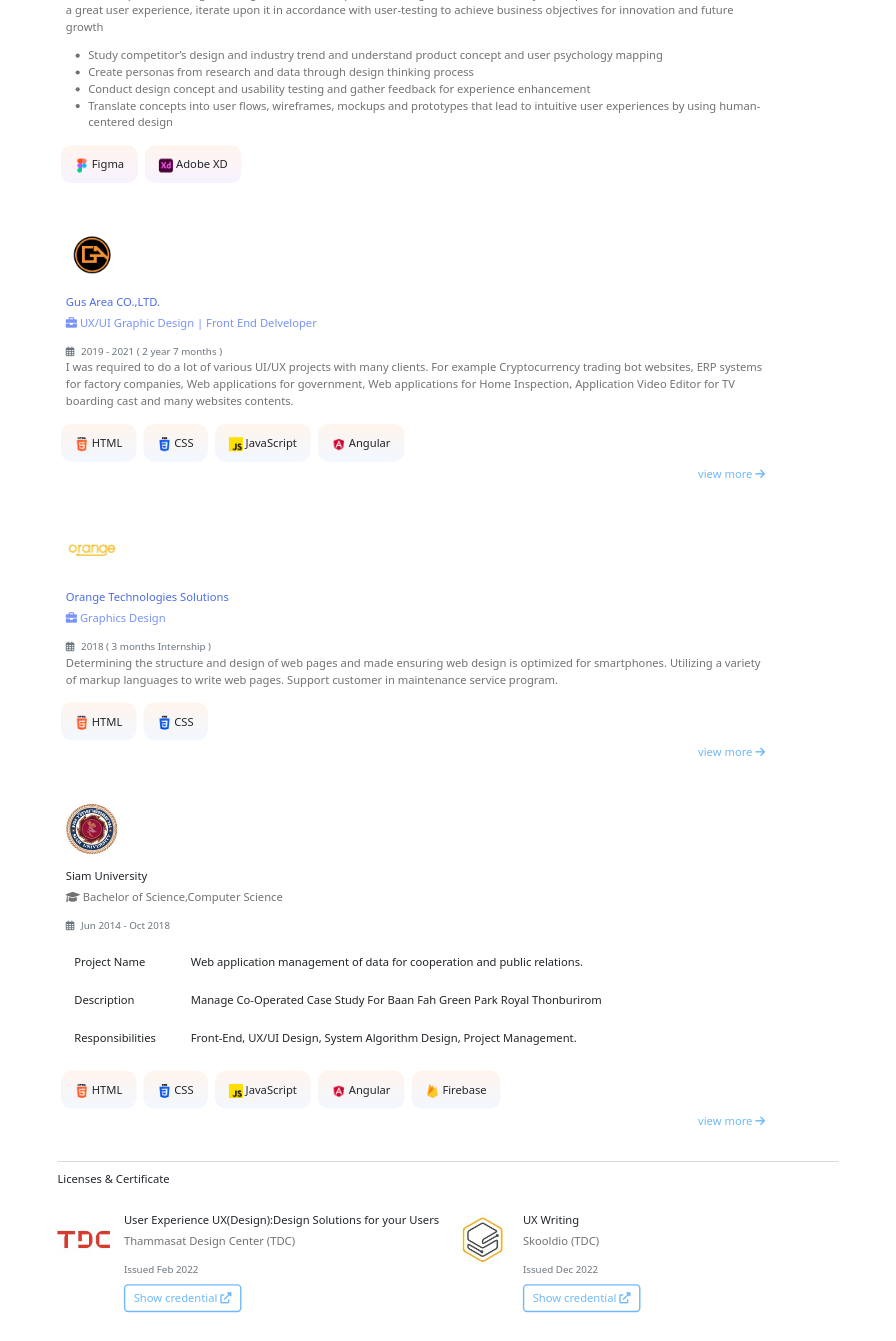
Repository: 0910th/portfolio
Page: index.html
The author's editor kept a copy of each file at every save. The page is drawn from the files as they stood at one save, then again after the next save.
The browser window is 1280 px wide. The pictures show the part of the page from y = 1101 to 3021 px (the page is 3016 px tall before and 3021 px after), at 70% of full size.

Above is the page before, as saved 2022-12-23 17:04:53.

### index.html
<!doctype html>
<html lang="en">

<head>
    <meta charset="utf-8">
    <meta name="viewport" content="width=device-width, initial-scale=1">
    <title>Saranya Portfolio</title>

    <link href="./css/bootstrap.min.css" rel="stylesheet" crossorigin="anonymous">
    <link href="./css/mystyle.css" rel="stylesheet" crossorigin="anonymous">
    <!--font awesome -->
    <link rel="stylesheet" href="./fontawesome/css/all.css" type="text/css">
    <link rel="stylesheet" href="./fontawesome/css/fontawesome.css">
    <link rel="stylesheet" href="./fontawesome/css/brands.css">
    <link rel="stylesheet" href="./fontawesome/css/solid.css">
</head>

<body>

    <div class="container-md">
        <!-- Content here -->
        <!-- section01 Name  -->
        <div class="row mg-30">
            <h4 class="purple-deep">Saranya Kemayura</h4>
            <p class="purple-light">User Experience Designer | Front End Developer</p>
            <p ><i class="fa-solid fa-location-dot"></i> Bangkok , Thailand </p>
        </div>
        <hr>
        <div class="row mg-30 bg-gradient-head">

            <h5 class="purple-deep">About</h5>
            <p class="purple-trans">design user experience towards innovation that meet user’s needs and solve problems with good methodology of
                research,
                design, prototyping, and testing as well as to the next level of service & experience</p>
        </div>
        <hr>
        <div class="row mg-30">
            <h5 class="purple-deep">Skills</h5>
            <div class="row justify-content-center">
                <div class="badge-text code">HTML</div>
                <div class="badge-text code">JavaScript</div>
                <div class="badge-text code">CSS</div>
                <div class="badge-text code">Angular</div>
                <div class="badge-text design">Figma</div>
                <div class="badge-text design">Adobe XD</div>
            </div>


            <div class="row">
                <div class="row justify-content-center">
                    <div class="col-md-4 col-sm-6 col-sx-12 card-skills">
                        <img class="card-icon" src="/images/user-interface.png">
                        Experience in using UX design best practices to design solutions, and a deep understanding of mobile-first and
                        responsive design
                    </div>
                    <div class="col-md-4 col-sm-6 col-sx-12 card-skills">
                        <img class="card-icon" src="/images/user-interface-research.png">
                        Experience in human-centered design (HCD), planning and conducting user research, usability and accessibility concerns
                    </div>
                </div>
            </div>

        </div>
        <hr>
        <div class="row">

            <h5 class="purple-deep">Experience</h5>
            <div class="row mg-30 vertical-line">
                <div class="col">
                    <img class="office-logo" src="/images/cignalogo.png">
                </div>
                <div class="col-11">
                    <h6 class="purple-light"> Cigna Insuarance Thailand </h6>
                    <p class="purple-trans"><i class="fa-solid fa-briefcase"></i> User Experience Designer </p>
                    <small class="text-muted"> <i class="fa-regular fa-calendar-days"></i> 2021 - Present </small>

                    <p > The User Experience Designer at Cigna Thailand is expected to design overall functionality of the product & service in
                    order to ensure a great user experience, iterate upon it in accordance with user-testing to achieve business objectives
                    for innovation and future growth </p>
                        <ul>
                            <li>Study competitor’s design and industry trend and understand product concept and user psychology mapping</li>
                            <li>Create personas from research and data through design thinking process</li>
                            <li>Conduct design concept and usability testing and gather feedback for experience enhancement</li>
                            <li>Translate concepts into user flows, wireframes, mockups and prototypes that lead to intuitive user experiences by
                            using human-centered design</li>
                        </ul>
                        <div class="row">
                            <div class="badge-text design"><img src="/images/figma.png" class="icon-logo"> Figma </div>
                            <div class="badge-text design"><img src="/images/xd.png" class="icon-logo"> Adobe XD </div>

                        </div>
                </div>

            </div>
            <div class="row mg-30 vertical-line">
                <div class="col">
                    <img class="office-logo" src="/images/guslogo.png">
                </div>
                <div class="col-11">
                    <h6 class="purple-light"> Gus Area CO.,LTD.   </h6>
                    <p class="purple-trans"> <i class="fa-solid fa-briefcase"></i> UX/UI Graphic Design | Front End Delveloper </p>
                    <small class="text-muted"> <i class="fa-regular fa-calendar-days"></i> 2019 - 2021 ( 2 year 7 months ) </small>

                    <p> I was required to do a lot of various UI/UX projects with many clients. For example Cryptocurrency trading bot websites,
                    ERP systems for factory companies, Web applications for government, Web applications for Home Inspection, Application
                    Video Editor for TV boarding cast and many websites contents.  </p>
                    <div class="row">
                        <div class="badge-text code"><img src="/images/html-5.png" class="icon-logo"> HTML </div>
                        <div class="badge-text code"><img src="/images/css-3.png" class="icon-logo"> CSS </div>
                        <div class="badge-text code"><img src="/images/js.png" class="icon-logo"> JavaScript </div>
                        <div class="badge-text code"><img src="/images/angular.png" class="icon-logo"> Angular </div>
                    </div>
                    <div class="align-end">
                        <a href="https://drive.google.com/file/d/1GT6gE9DtqS3qcQ0BoRsfJf4KunN4CFvU/view?usp=share_link" target="_blank"> view
                            more <i class="fa-sharp fa-solid fa-arrow-right"></i> </a>
                    </div>

                </div>

            </div>
            <div class="row mg-30 vertical-line">
                <div class="col">
                    <img class="office-logo" src="/images/orangelogo.jpg">
                </div>
                <div class="col-11">
                    <h6 class="purple-light"> Orange Technologies Solutions   </h6>
                    <p class="purple-trans"> <i class="fa-solid fa-briefcase"></i> Graphics Design </p>
                    <small class="text-muted"> <i class="fa-regular fa-calendar-days"></i> 2018 ( 3 months Internship ) </small>

                    <p> Determining the structure and design of web pages and made
                        ensuring web design is optimized for smartphones. Utilizing a variety of
                        markup languages to write web pages. Support customer in maintenance
                        service program. </p>
                    <div class="row">
                        <div class="badge-text code"><img src="/images/html-5.png" class="icon-logo"> HTML </div>
                        <div class="badge-text code"><img src="/images/css-3.png" class="icon-logo"> CSS </div>
                    </div>
                    <div class="align-end">
                        <a href="https://drive.google.com/file/d/1MODC7KRE6SoKk1lN0rvdMFdlt3xqDC_x/view?usp=sharing" target="_blank"> view
                            more <i class="fa-sharp fa-solid fa-arrow-right"></i> </a>
                    </div>
                </div>

            </div>
            <div class="row mg-30 vertical-line">
                <div class="col">
                    <img class="office-logo" src="/images/siamlogo.jpg">
                </div>
                <div class="col-11">
                    <h6> Siam University </h6>
                    <p> <i class="fa-solid fa-graduation-cap"></i> Bachelor of Science,Computer Science </p>
                    <small class="text-muted"> <i class="fa-regular fa-calendar-days"></i> Jun 2014 - Oct 2018 </small>

                    <div class="row mg-30">
                        <div class="col-md-2"> Project Name </div>
                        <div class="col-md-10"> Web application management of data for cooperation and public
                        relations. </div>
                    </div>
                    <div class="row mg-30">
                        <div class="col-md-2"> Description </div>
                        <div class="col-md-10"> Manage Co-Operated Case Study For Baan Fah Green Park Royal
                            Thonburirom </div>
                    </div>
                    <div class="row mg-30">
                        <div class="col-md-2"> Responsibilities </div>
                        <div class="col-md-10"> Front-End, UX/UI Design, System Algorithm Design, Project Management. </div>
                    </div>
                    <div class="row">
                        <div class="row">
                            <div class="badge-text code"><img src="/images/html-5.png" class="icon-logo"> HTML </div>
                            <div class="badge-text code"><img src="/images/css-3.png" class="icon-logo"> CSS </div>
                            <div class="badge-text code"><img src="/images/js.png" class="icon-logo"> JavaScript </div>
                            <div class="badge-text code"><img src="/images/angular.png" class="icon-logo"> Angular </div>
                            <div class="badge-text code"><img src="/images/firebaselogo.png" class="icon-logo"> Firebase </div>

                        </div>
                    </div>
                    <div class="align-end">
                        <a href="https://drive.google.com/file/d/1-WiQ9sEVFjpiMQZhy3hezphQuEG-YV4b/view?usp=sharing" target="_blank"> view more <i class="fa-sharp fa-solid fa-arrow-right"></i> </a>
                    </div>
                </div>

            </div>
        </div>
        <hr>
        <h6>Licenses & Certificate</h6>
        <div class="row">


                <div class="col-md-6 mg-30">
                    <div class="row">
                        <div class="col-md-2">
                            <img class="office-logo" src="/images/tdclogo.jpg">
                        </div>
                        <div class="col-md-10">
                            <h6>User Experience UX(Design):Design Solutions for your Users</h6>
                            <p>Thammasat Design Center (TDC)</p>
                            <small class="text-muted"> Issued Feb 2022 </small>
                            <div class="">
                                <a class="btn btn-outline-primary"
                                    href="https://drive.google.com/file/d/1K9nLmPM9IpYpREJaLTQpupgg0pyApNxf/view?usp=sharing" target="_blank">Show
                                    credential <i class="fa-solid fa-up-right-from-square"></i> </a>
                            </div>
                        </div>
                    </div>

                </div>
                <div class="col-md-6 mg-30">
                    <div class="row">
                        <div class="col-md-2">
                            <img class="office-logo" src="/images/skooldiologo.jpg">
                        </div>
                        <div class="col-md-10">
                            <h6>UX Writing</h6>
                            <p>Skooldio (TDC)</p>
                            <small class="text-muted"> Issued Dec 2022 </small>
                            <div class="">
                                <a class="btn btn-outline-primary" href="https://drive.google.com/file/d/1BEAHY4evkZaUVi4WXsF9LlQV7Dov4a3x/view?usp=sharing" target="_blank">Show credential <i class="fa-solid fa-up-right-from-square"></i> </a>
                            </div>
                        </div>
                    </div>

                </div>

        </div>

    </div>

    <!-- script -->
    <script src="https://cdn.jsdelivr.net/npm/@popperjs/core@2.11.6/dist/umd/popper.min.js"
        integrity="sha384-oBqDVmMz9ATKxIep9tiCxS/Z9fNfEXiDAYTujMAeBAsjFuCZSmKbSSUnQlmh/jp3"
        crossorigin="anonymous"></script>
    <script src="https://cdn.jsdelivr.net/npm/bootstrap@5.2.3/dist/js/bootstrap.min.js"
        integrity="sha384-cuYeSxntonz0PPNlHhBs68uyIAVpIIOZZ5JqeqvYYIcEL727kskC66kF92t6Xl2V"
        crossorigin="anonymous"></script>
</body>

</html>

### css/mystyle.css
/*
body {
   background-color:  #f2f6ff;
} */
p , small , ul > li {
    color: #727272;
}
.text-right {
    text-align: right;
}
.mg-30 {
    margin: 30px 0px;
}
.purple-deep {
    color: #2626bc;
}
.purple-light {
    color: #4d6ce9;
}
.purple-trans {
    color:#7993f7;
}
.badge-text {
    padding: 15px 20px;
    margin: 5px 5px;
    text-align: justify;
    vertical-align: middle;
    width: max-content;
    border-radius: 15px;

}
.badge-text.code {
    background-color: #f0f8ff;
    background: linear-gradient(180deg,rgba(255,153,80,.1),rgba(129, 177, 255, 0.1));
}
.badge-text.design {
    background-color: #fff3b7;
    background: linear-gradient(180deg,rgba(255,153,80,.1),rgba(184,129,255,.1));

}
.card-skills{
    color: #6583fe;
    background: #fefefe;
    border-radius: 16px;
    border: 2px solid #ebebeb;
    padding: 50px 35px;
    margin: 30px;
    box-shadow: 0 10px 30px rgba(184,129,255,.1);
}
.card-icon {
    text-align: center;
    display: block;
    width: 80px;
    height: auto;
    margin-left: auto;
    margin-right: auto;
    margin-bottom: 20px;
}
.icon-logo {
    max-width: 20px;
    height: auto;
}
.office-logo {
    max-width: 75px;
    margin-bottom: 20px;
}
.align-end {
    text-align: right;
}
.align-end a {
    text-decoration: none;
    color: #6fb9fa;
}
.align-end a:hover {
    color:#54adfa;
}
small > i {
    margin-right: 6px;
}
a.btn.btn-outline-primary {
    margin: 10px 0;
    color:  #6fb9fa;
    border: 2px solid #6fb9fa;

}
a.btn.btn-outline-primary:hover {
    color:  #ffffff;
    border-color: #54adfa;
    background-color:  #54adfa;
}
@media (max-width:450px) {
    .vertical-line {
        border-left: 2px solid #e3e3e3;
        margin-left: 15px;
    }
}

Loaded but not shown: css/bootstrap.min.css (library); fontawesome/css/all.css (library); fontawesome/css/fontawesome.css (library); fontawesome/css/solid.css (common file); fontawesome/css/brands.css (1432 lines, source omitted)

After the next save:
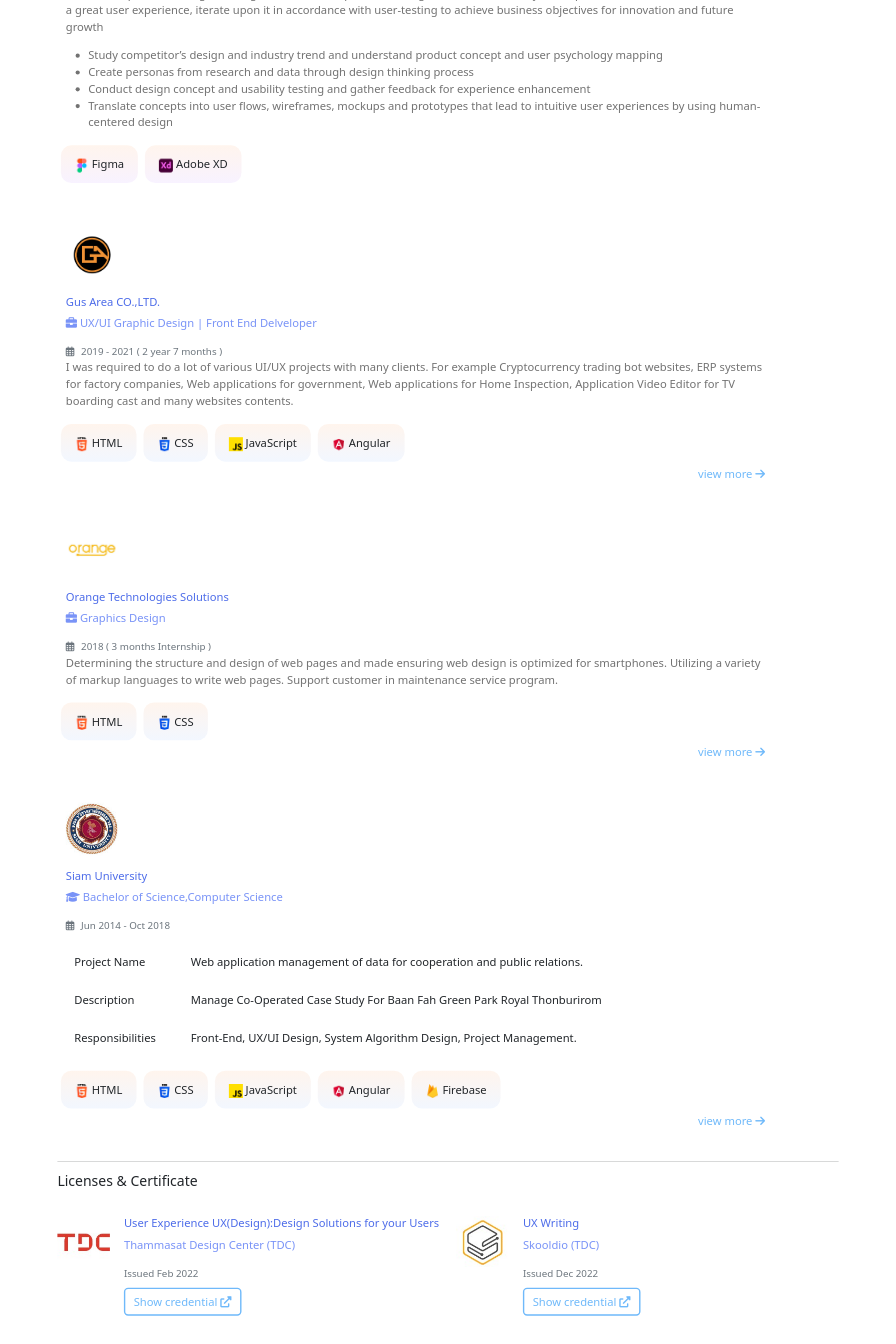
Saved 86 s later.
--- a/index.html
+++ b/index.html
@@ -147,8 +147,8 @@
                     <img class="office-logo" src="/images/siamlogo.jpg">
                 </div>
                 <div class="col-11">
-                    <h6> Siam University </h6>
-                    <p> <i class="fa-solid fa-graduation-cap"></i> Bachelor of Science,Computer Science </p>
+                    <h6 class="purple-light"> Siam University </h6>
+                    <p class="purple-trans"> <i class="fa-solid fa-graduation-cap"></i> Bachelor of Science,Computer Science </p>
                     <small class="text-muted"> <i class="fa-regular fa-calendar-days"></i> Jun 2014 - Oct 2018 </small>
 
                     <div class="row mg-30">
@@ -183,9 +183,8 @@
             </div>
         </div>
         <hr>
-        <h6>Licenses & Certificate</h6>
+        <h5>Licenses & Certificate</h5>
         <div class="row">
-
 
                 <div class="col-md-6 mg-30">
                     <div class="row">
@@ -193,8 +192,8 @@
                             <img class="office-logo" src="/images/tdclogo.jpg">
                         </div>
                         <div class="col-md-10">
-                            <h6>User Experience UX(Design):Design Solutions for your Users</h6>
-                            <p>Thammasat Design Center (TDC)</p>
+                            <h6 class="purple-light">User Experience UX(Design):Design Solutions for your Users</h6>
+                            <p class="purple-trans">Thammasat Design Center (TDC)</p>
                             <small class="text-muted"> Issued Feb 2022 </small>
                             <div class="">
                                 <a class="btn btn-outline-primary"
@@ -211,8 +210,8 @@
                             <img class="office-logo" src="/images/skooldiologo.jpg">
                         </div>
                         <div class="col-md-10">
-                            <h6>UX Writing</h6>
-                            <p>Skooldio (TDC)</p>
+                            <h6 class="purple-light">UX Writing</h6>
+                            <p class="purple-trans">Skooldio (TDC)</p>
                             <small class="text-muted"> Issued Dec 2022 </small>
                             <div class="">
                                 <a class="btn btn-outline-primary" href="https://drive.google.com/file/d/1BEAHY4evkZaUVi4WXsF9LlQV7Dov4a3x/view?usp=sharing" target="_blank">Show credential <i class="fa-solid fa-up-right-from-square"></i> </a>
